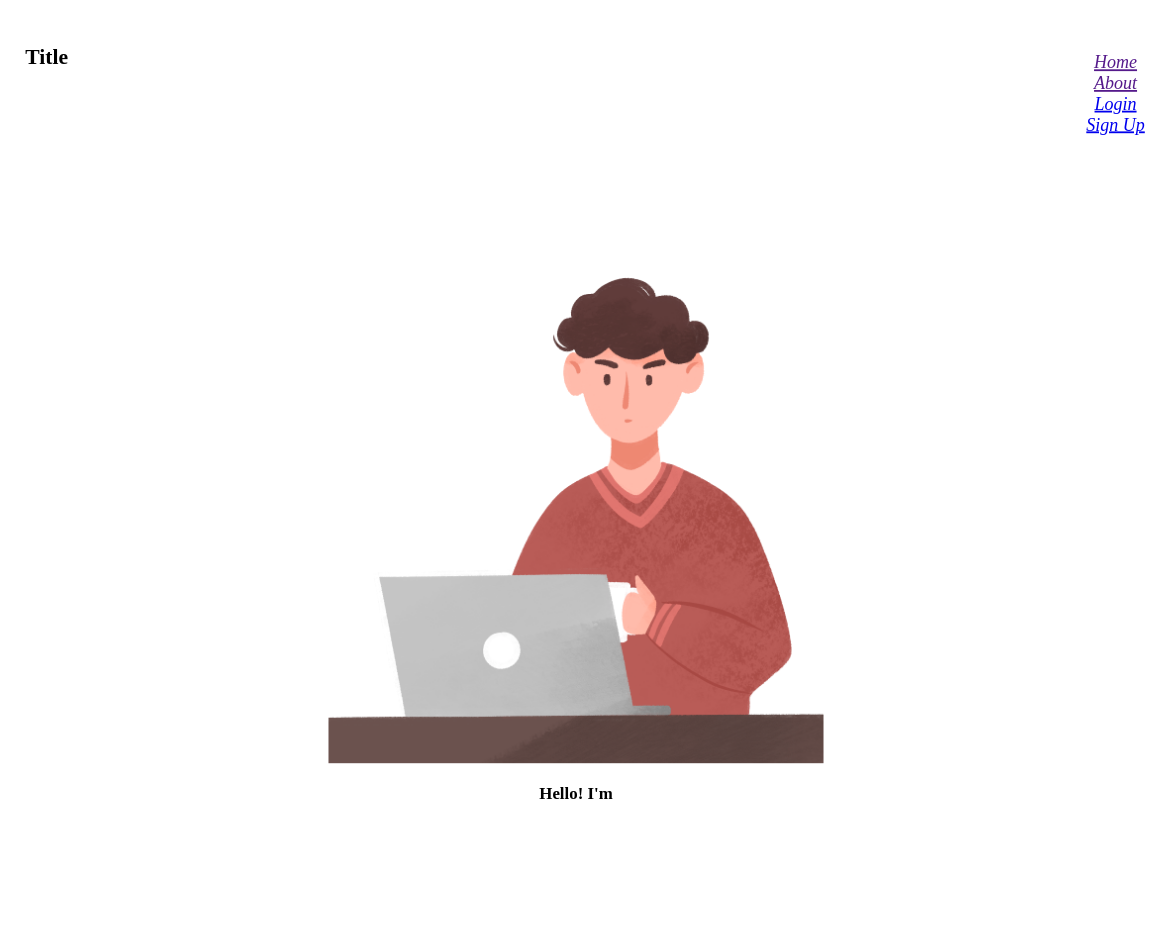
Repository: beruzz/ezen
Page: http://localhost/introduce/
The author's editor kept a copy of each file at every save. The page is drawn from the files as they stood at one save, then again after the next save.
The browser window is 1280 px wide. The pictures show the whole page, at 90% of full size.
The page is served by Tomcat 9.

Above is the page before, as saved 2022-12-12 11:34:12.

After the next save:
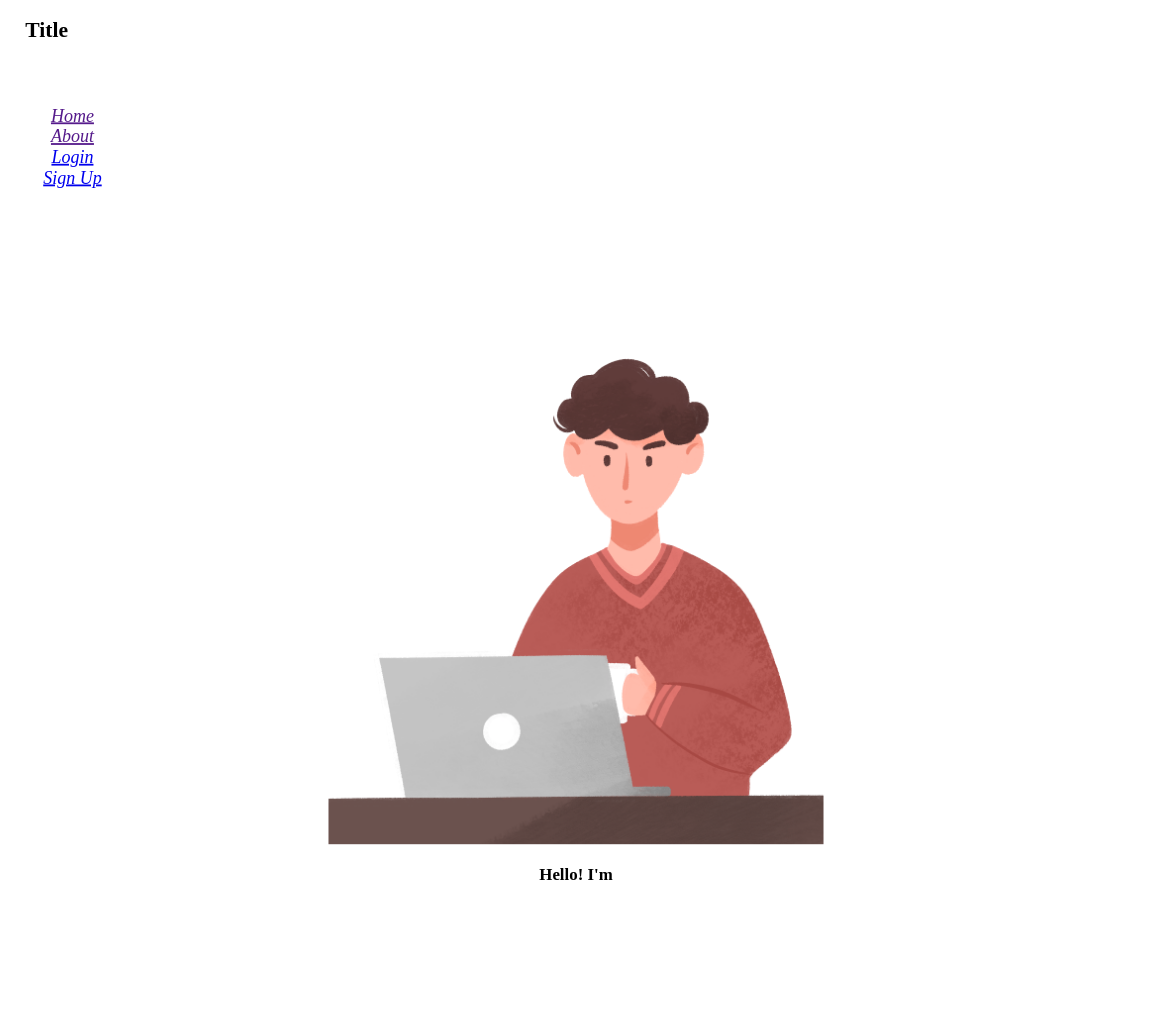
Saved 3 min 4 s later.
--- a/JSP_Board&Member/introduce/src/main/webapp/index.jsp
+++ b/JSP_Board&Member/introduce/src/main/webapp/index.jsp
@@ -8,7 +8,7 @@
 <title>Insert title here</title>
 <style>
 	header {
-  		display: flex;
+  		display: absolute;
   		justify-content: space-between;
   		align-items: center;
   		list-style: none;
@@ -35,7 +35,7 @@
     	left: 0;
     	right: 0;
     	height: 80px;
-    	display: inline;
+    	display: inline-block;
 	}
 
 </style>

After the save that followed:
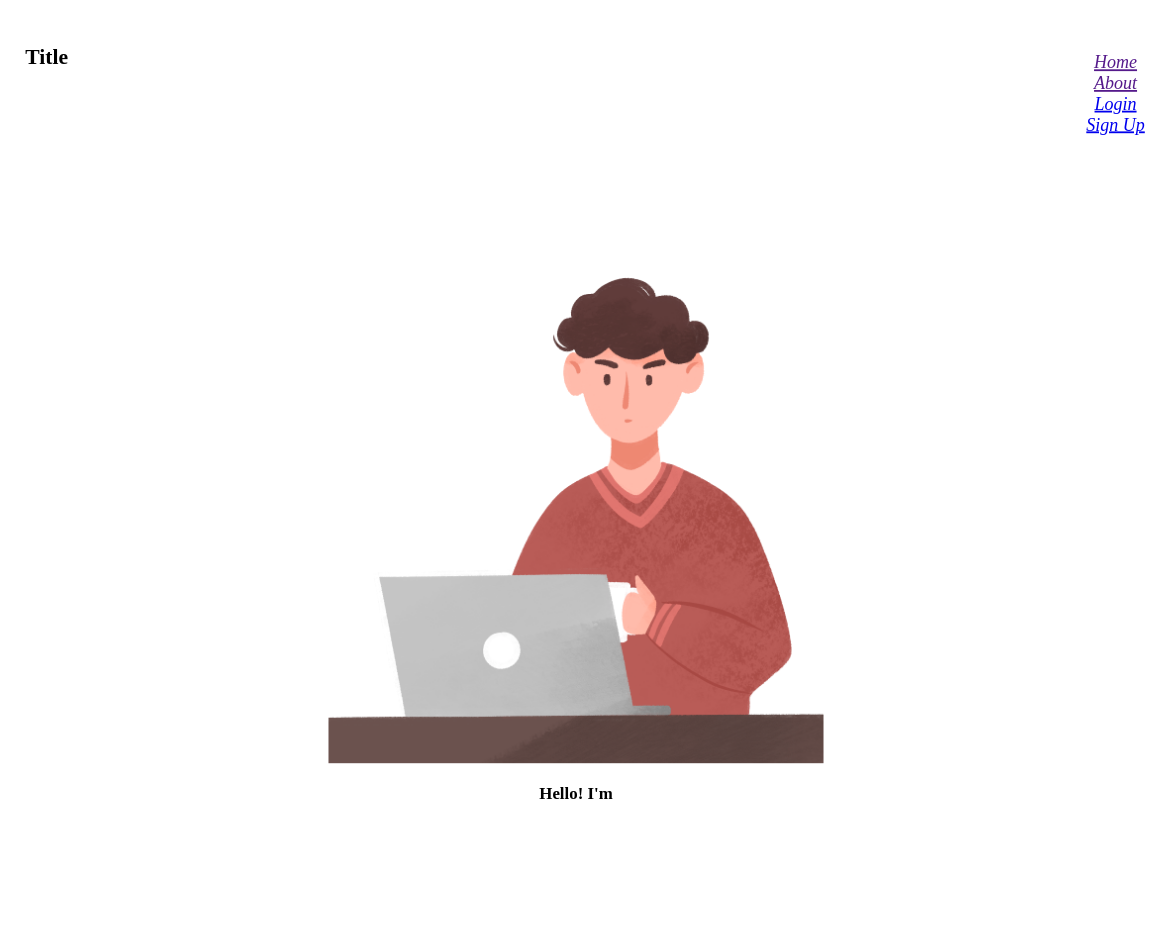
Saved 8 s later.
--- a/JSP_Board&Member/introduce/src/main/webapp/index.jsp
+++ b/JSP_Board&Member/introduce/src/main/webapp/index.jsp
@@ -8,7 +8,7 @@
 <title>Insert title here</title>
 <style>
 	header {
-  		display: absolute;
+  		display: flex;
   		justify-content: space-between;
   		align-items: center;
   		list-style: none;
